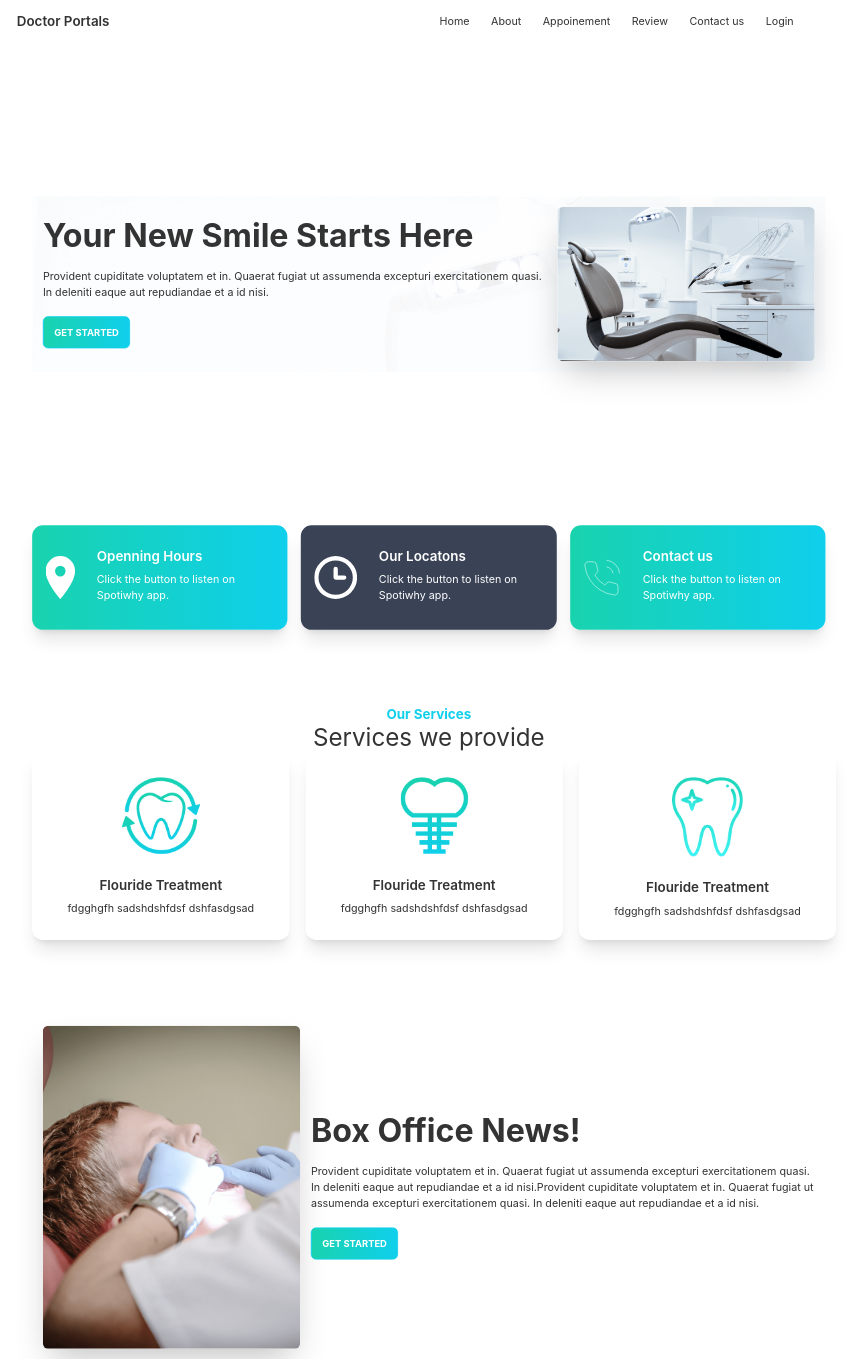
Repository: devsajid/doctors-portal-client
Page: /
The author's editor kept a copy of each file at every save. The page is drawn from the files as they stood at one save, then again after the next save.
The browser window is 1280 px wide. The pictures show the whole page, at 67% of full size.
Backgrounds fixed to the window are drawn as part of the page. The project was rebuilt for these pictures with package versions that can differ from the ones it lists, and the page was loaded fresh each time. Also part of the build but not shown: src/App.css, src/Pages/About/About.js, src/Pages/Appoinment/Appoinment.js, src/Pages/Contact/Contact.js, src/Pages/Login/Login.js, src/Pages/Review/Review.js.

Above is the page before, as saved 2022-08-05 22:48:47.

After the next save:
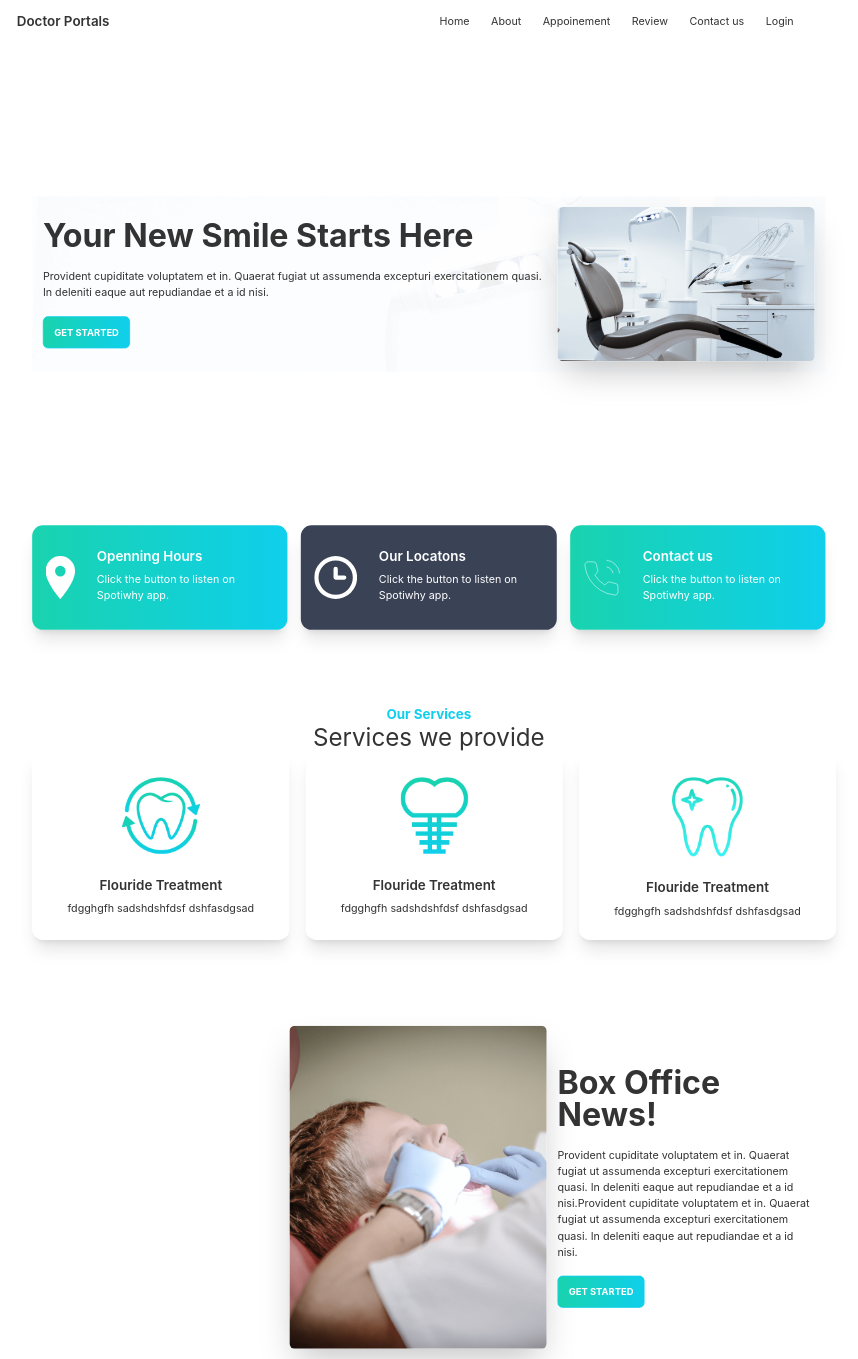
Saved 2 min 38 s later.
--- a/src/Pages/Terms/Terms.js
+++ b/src/Pages/Terms/Terms.js
@@ -4,7 +4,7 @@
 const Terms = () => {
   return (
     <div class="hero">
-      <div class="hero-content pl-30 flex-col lg:flex-row ml-30">
+      <div class="hero-content pl-30 flex-col lg:flex-row pl-96">
         <img
           src={treatment}
           class="max-w-sm rounded-lg shadow-2xl"

After the save that followed:
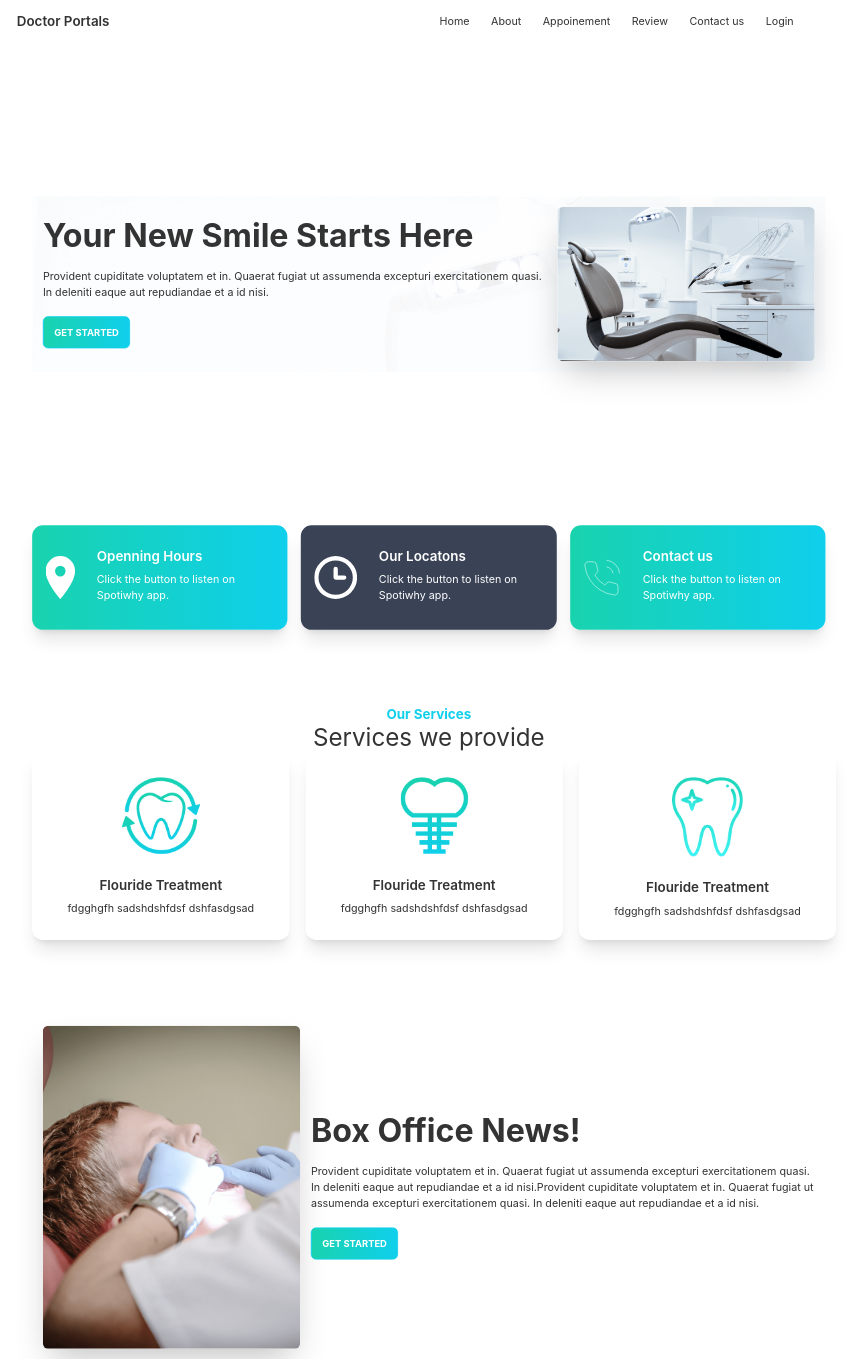
Saved 30 s later.
--- a/src/Pages/Terms/Terms.js
+++ b/src/Pages/Terms/Terms.js
@@ -4,7 +4,7 @@
 const Terms = () => {
   return (
     <div class="hero">
-      <div class="hero-content pl-30 flex-col lg:flex-row pl-96">
+      <div class="hero-content pl-30 flex-col lg:flex-row pl-90">
         <img
           src={treatment}
           class="max-w-sm rounded-lg shadow-2xl"
